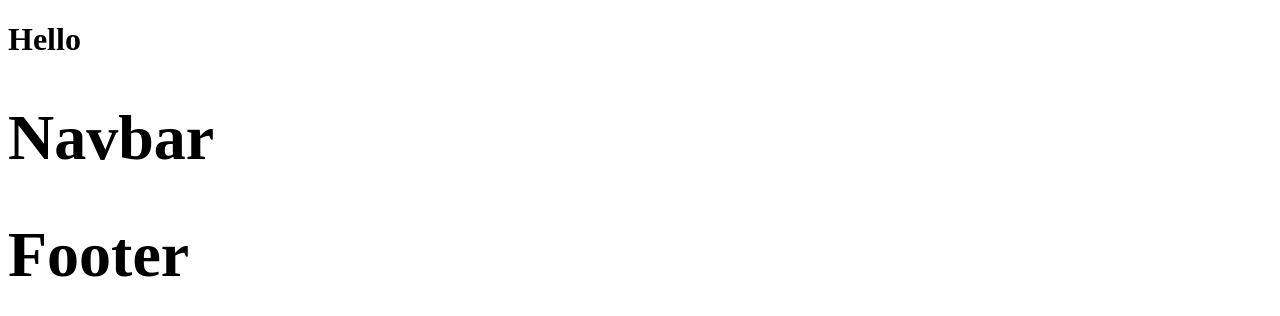
Repository: supakorn5039-boon/React-s
Page: /
These files come from the project's save history. The page is drawn as it stood at one moment and after the next save; the edit follows.
The browser window is 1280 px wide. The pictures show the whole page.
The project was rebuilt for these pictures with package versions that can differ from the ones it lists, and the page was loaded fresh each time. Also part of the build but not shown: vite.config.js.

Above is the page before, as saved 2024-01-08 23:31:59.

After the next save:
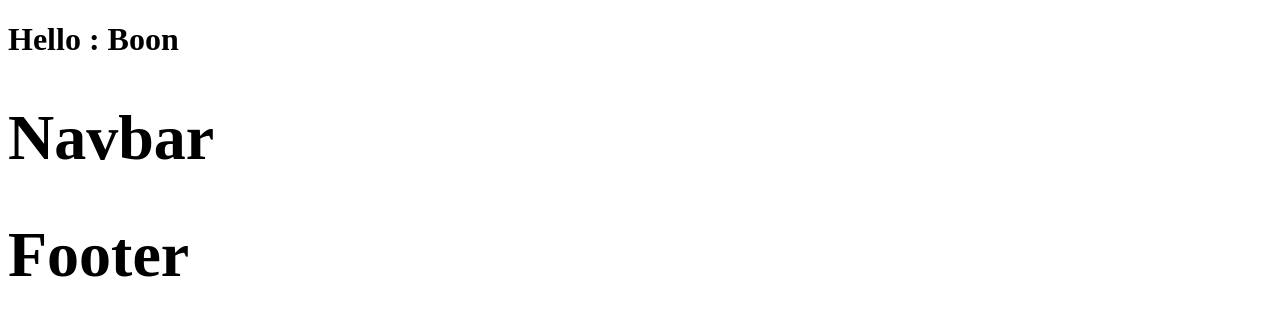
Saved 6 s later.
--- a/src/App.jsx
+++ b/src/App.jsx
@@ -1,6 +1,5 @@
 export default function App() {
-
-  const name = 'Boon'
+  const name = "Boon";
   function Navbar() {
     return (
       <>
@@ -12,7 +11,7 @@ export default function App() {
 
   return (
     <h1>
-      Hello
+      Hello : {name}
       <Navbar />
     </h1>
   );
